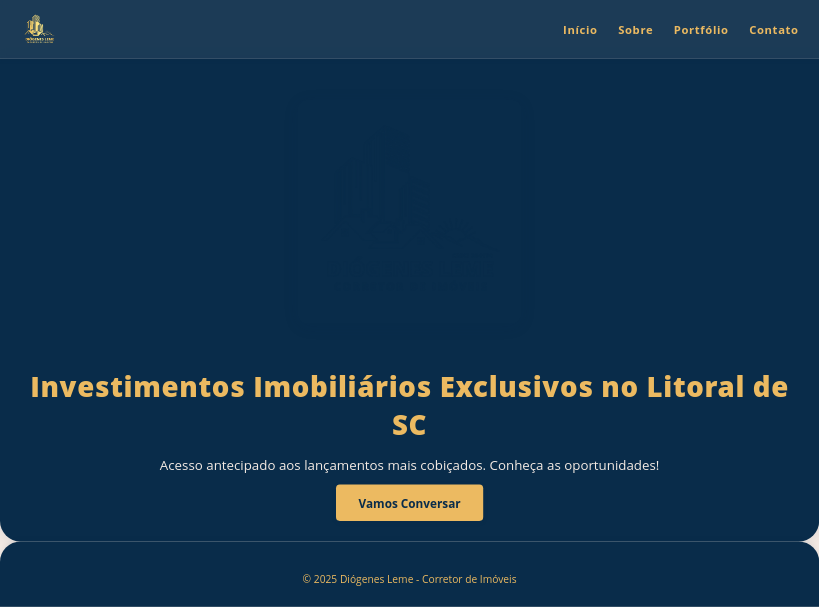
Repository: MichelAlmeida1990/Projeto-Imobiliaria
Page: index.html
These files come from the project's save history. The page is drawn as it stood at one moment and after the next save; the edit follows.
The browser window is 1280 px wide. The pictures show the whole page, at 64% of full size.

Above is the page before, as saved 2025-07-02 14:51:05.

### index.html
<!DOCTYPE html>
<html lang="pt-BR">
<head>
  <meta charset="UTF-8">
  <meta name="viewport" content="width=device-width, initial-scale=1.0">
  <title>Diógenes Leme - Corretor de Imóveis</title>
  <link rel="stylesheet" href="css/palette.css">
  <link rel="stylesheet" href="css/style.css">
</head>
<body>
  <header>
    <img src="assets/logo-dourado.png" alt="Logo Dourado" class="logo">
    <nav>
      <ul>
        <li><a href="index.html">Início</a></li>
        <li><a href="sobre.html">Sobre</a></li>
        <li><a href="portfolio.html">Portfólio</a></li>
        <li><a href="contato.html">Contato</a></li>
      </ul>
    </nav>
  </header>
  <section class="hero">
    <img src="assets/banner-principal.png" alt="Banner Principal" class="banner">
    <div class="hero-content">
      <h1>Investimentos Imobiliários Exclusivos no Litoral de SC</h1>
      <p>Acesso antecipado aos lançamentos mais cobiçados. Conheça as oportunidades!</p>
      <a href="contato.html" class="cta-btn">Vamos Conversar</a>
    </div>
  </section>
  <footer>
    <p>&copy; 2025 Diógenes Leme - Corretor de Imóveis</p>
  </footer>
</body>
</html>

### css/palette.css
:root {
  --azul-escuro: #092C4A;
  --dourado: #ECBA61;
  --bege: #F4EBE4;
  --cinza: #CBC0BA;
  --azul-claro: #65BAB7;
  --vermelho: #A20202;
}

### css/style.css
body {
  margin: 0;
  font-family: 'Open Sans', Arial, sans-serif;
  background: var(--bege);
  color: var(--azul-escuro);
}
header {
  display: flex;
  align-items: center;
  justify-content: space-between;
  background: rgba(9,44,74,0.92);
  backdrop-filter: blur(6px);
  padding: 1rem 2rem;
  position: sticky;
  top: 0;
  z-index: 1000;
  box-shadow: 0 2px 8px rgba(9,44,74,0.08);
  transition: background 0.3s;
}
.logo {
  height: 60px;
  transition: transform 0.2s;
}
.logo:hover {
  transform: scale(1.05) rotate(-2deg);
}
nav ul {
  list-style: none;
  display: flex;
  gap: 2rem;
  margin: 0;
  padding: 0;
}
nav a {
  color: var(--dourado);
  text-decoration: none;
  font-weight: bold;
  font-size: 1.1rem;
  letter-spacing: 1px;
  transition: color 0.2s, border-bottom 0.2s;
  border-bottom: 2px solid transparent;
  padding-bottom: 2px;
}
nav a:hover, nav a.active {
  color: var(--azul-claro);
  border-bottom: 2px solid var(--dourado);
}
.hero, .section {
  display: flex;
  flex-direction: column;
  align-items: center;
  justify-content: center;
  background: var(--azul-escuro);
  color: var(--dourado);
  padding: 4rem 1rem 3rem 1rem;
  text-align: center;
  border-radius: 0 0 32px 32px;
  box-shadow: 0 4px 24px rgba(9,44,74,0.10);
  animation: fadeIn 1.2s;
}
@keyframes fadeIn {
  from { opacity: 0; transform: translateY(40px); }
  to { opacity: 1; transform: none; }
}
.banner {
  max-width: 350px;
  margin-bottom: 2rem;
  border-radius: 16px;
  box-shadow: 0 4px 24px rgba(9,44,74,0.10);
}
.hero-content h1 {
  font-size: 2.7rem;
  margin-bottom: 1rem;
  font-family: 'Open Sans', Arial, sans-serif;
  font-weight: 800;
  letter-spacing: 1px;
}
.hero-content p {
  font-size: 1.3rem;
  margin-bottom: 2rem;
  color: var(--bege);
}
.cta-btn {
  background: var(--dourado);
  color: var(--azul-escuro);
  padding: 1rem 2.2rem;
  border: none;
  border-radius: 6px;
  font-size: 1.15rem;
  font-weight: bold;
  text-decoration: none;
  box-shadow: 0 2px 8px rgba(9,44,74,0.10);
  transition: background 0.2s, color 0.2s, transform 0.2s;
  cursor: pointer;
}
.cta-btn:hover {
  background: var(--azul-claro);
  color: #fff;
  transform: scale(1.05);
}
footer {
  background: var(--azul-escuro);
  color: var(--dourado);
  text-align: center;
  padding: 2rem 0 1rem 0;
  position: relative;
  bottom: 0;
  width: 100%;
  border-radius: 32px 32px 0 0;
  box-shadow: 0 -2px 8px rgba(9,44,74,0.08);
}
.footer-social {
  margin-bottom: 1rem;
}
.footer-social a {
  display: inline-block;
  margin: 0 0.5rem;
  color: var(--dourado);
  font-size: 1.7rem;
  transition: color 0.2s, transform 0.2s;
}
.footer-social a:hover {
  color: var(--azul-claro);
  transform: scale(1.2);
}
.whatsapp-float {
  position: fixed;
  bottom: 24px;
  right: 24px;
  z-index: 2000;
  background: #25d366;
  color: #fff;
  border-radius: 50%;
  width: 60px;
  height: 60px;
  display: flex;
  align-items: center;
  justify-content: center;
  box-shadow: 0 4px 16px rgba(9,44,74,0.18);
  font-size: 2.2rem;
  transition: background 0.2s, transform 0.2s;
  cursor: pointer;
}
.whatsapp-float:hover {
  background: #128c7e;
  transform: scale(1.08);
}
.menu-toggle {
  display: none;
  flex-direction: column;
  cursor: pointer;
  margin-left: 1rem;
}
.menu-toggle span {
  width: 28px;
  height: 4px;
  background: var(--dourado);
  margin: 4px 0;
  border-radius: 2px;
  transition: 0.3s;
}
@media (max-width: 900px) {
  header {
    flex-direction: column;
    gap: 1rem;
    padding: 1rem 0.5rem;
  }
  nav ul {
    gap: 1rem;
  }
}
@media (max-width: 700px) {
  .hero-content h1 {
    font-size: 1.5rem;
  }
  .banner {
    max-width: 90vw;
  }
  .portfolio-grid {
    gap: 1rem;
  }
  .portfolio-item {
    padding: 1rem 0.5rem;
  }
  .contato-info {
    padding: 0.5rem;
  }
  .menu-toggle {
    display: flex;
  }
  nav ul {
    display: none;
    flex-direction: column;
    background: var(--azul-escuro);
    position: absolute;
    top: 70px;
    right: 0;
    width: 100vw;
    box-shadow: 0 4px 24px rgba(9,44,74,0.10);
    z-index: 1001;
  }
  nav ul.open {
    display: flex;
  }
}
.portfolio-grid {
  display: grid;
  grid-template-columns: repeat(auto-fit, minmax(280px, 1fr));
  gap: 2rem;
  margin-top: 2rem;
}
.portfolio-item {
  background: #fff;
  border-radius: 12px;
  box-shadow: 0 4px 24px rgba(9,44,74,0.10);
  padding: 1.5rem 1rem 1.2rem 1rem;
  text-align: center;
  transition: box-shadow 0.2s, transform 0.2s;
  animation: fadeIn 1.2s;
}
.portfolio-item:hover {
  box-shadow: 0 8px 32px rgba(9,44,74,0.18);
  transform: translateY(-6px) scale(1.03);
}
.portfolio-item img {
  max-width: 100%;
  border-radius: 8px;
  margin-bottom: 1rem;
  box-shadow: 0 2px 8px rgba(9,44,74,0.08);
}
.portfolio-item h2 {
  color: var(--azul-escuro);
  margin: 0.5rem 0 0.2rem 0;
  font-size: 1.3rem;
  font-weight: 700;
}
.portfolio-item p {
  color: var(--cinza);
  font-size: 1rem;
  margin: 0;
}
.contato-form {
  display: flex;
  flex-direction: column;
  gap: 1rem;
  margin-bottom: 2rem;
  animation: fadeIn 1.2s;
}
.contato-form label {
  font-weight: bold;
  color: var(--azul-escuro);
}
.contato-form input,
.contato-form textarea {
  padding: 0.7rem;
  border: 1px solid var(--cinza);
  border-radius: 4px;
  font-size: 1rem;
  background: var(--bege);
  color: var(--azul-escuro);
  transition: border 0.2s;
}
.contato-form input:focus,
.contato-form textarea:focus {
  border: 1.5px solid var(--dourado);
  outline: none;
}
.contato-form button {
  background: var(--dourado);
  color: var(--azul-escuro);
  border: none;
  border-radius: 4px;
  padding: 0.8rem 1.5rem;
  font-size: 1.1rem;
  font-weight: bold;
  cursor: pointer;
  transition: background 0.2s, color 0.2s, transform 0.2s;
  box-shadow: 0 2px 8px rgba(9,44,74,0.10);
}
.contato-form button:hover {
  background: var(--azul-claro);
  color: #fff;
  transform: scale(1.04);
}
.contato-info {
  background: var(--bege);
  border-radius: 8px;
  padding: 1rem;
  margin-top: 1rem;
  box-shadow: 0 2px 8px rgba(9,44,74,0.08);
}
.contato-info h2 {
  color: var(--azul-escuro);
  margin-top: 0;
}
.contato-info p {
  margin: 0.3rem 0;
  color: var(--azul-escuro);
}

### js/main.js
// Menu mobile
const menuToggle = document.querySelector('.menu-toggle');
const navUl = document.querySelector('nav ul');
if(menuToggle && navUl) {
  menuToggle.addEventListener('click', () => {
    navUl.classList.toggle('open');
  });
}
// Botão WhatsApp flutuante
function addWhatsAppButton() {
  const btn = document.createElement('a');
  btn.href = 'https://wa.me/554898160085?text=Ol%C3%A1%2C+gostaria+de+falar+sobre+im%C3%B3veis!';
  btn.className = 'whatsapp-float';
  btn.target = '_blank';
  btn.innerHTML = '<svg width="32" height="32" viewBox="0 0 32 32" fill="none" xmlns="http://www.w3.org/2000/svg"><circle cx="16" cy="16" r="16" fill="#25D366"/><path d="M23.5 20.5C22.8333 21.5 21.5 22.5 19.5 22.5C17.5 22.5 15.5 21.5 13.5 19.5C11.5 17.5 10.5 15.5 10.5 13.5C10.5 11.5 11.5 10.1667 12.5 9.5C13.5 8.83333 14.5 8.5 15.5 8.5C16.5 8.5 17.5 8.83333 18.5 9.5C19.5 10.1667 20.5 11.5 20.5 13.5C20.5 15.5 19.5 17.5 17.5 19.5C15.5 21.5 13.5 22.5 11.5 22.5C9.5 22.5 8.16667 21.5 7.5 20.5" stroke="#fff" stroke-width="2" stroke-linecap="round" stroke-linejoin="round"/></svg>';
  document.body.appendChild(btn);
}
addWhatsAppButton();
// Animação de entrada para seções
window.addEventListener('DOMContentLoaded', () => {
  document.querySelectorAll('.section, .portfolio-item, .hero, .contato-form').forEach(el => {
    el.style.opacity = 0;
    setTimeout(() => {
      el.style.transition = 'opacity 1.2s';
      el.style.opacity = 1;
    }, 200);
  });
});
// Validação simples do formulário de contato
const contatoForm = document.querySelector('.contato-form');
if(contatoForm) {
  contatoForm.addEventListener('submit', function(e) {
    const nome = this.nome.value.trim();
    const email = this.email.value.trim();
    const mensagem = this.mensagem.value.trim();
    if(!nome || !email || !mensagem) {
      alert('Por favor, preencha todos os campos.');
      e.preventDefault();
    } else if(!/^[^@\s]+@[^@\s]+\.[^@\s]+$/.test(email)) {
      alert('Digite um e-mail válido.');
      e.preventDefault();
    }
  });
}

After the next save:
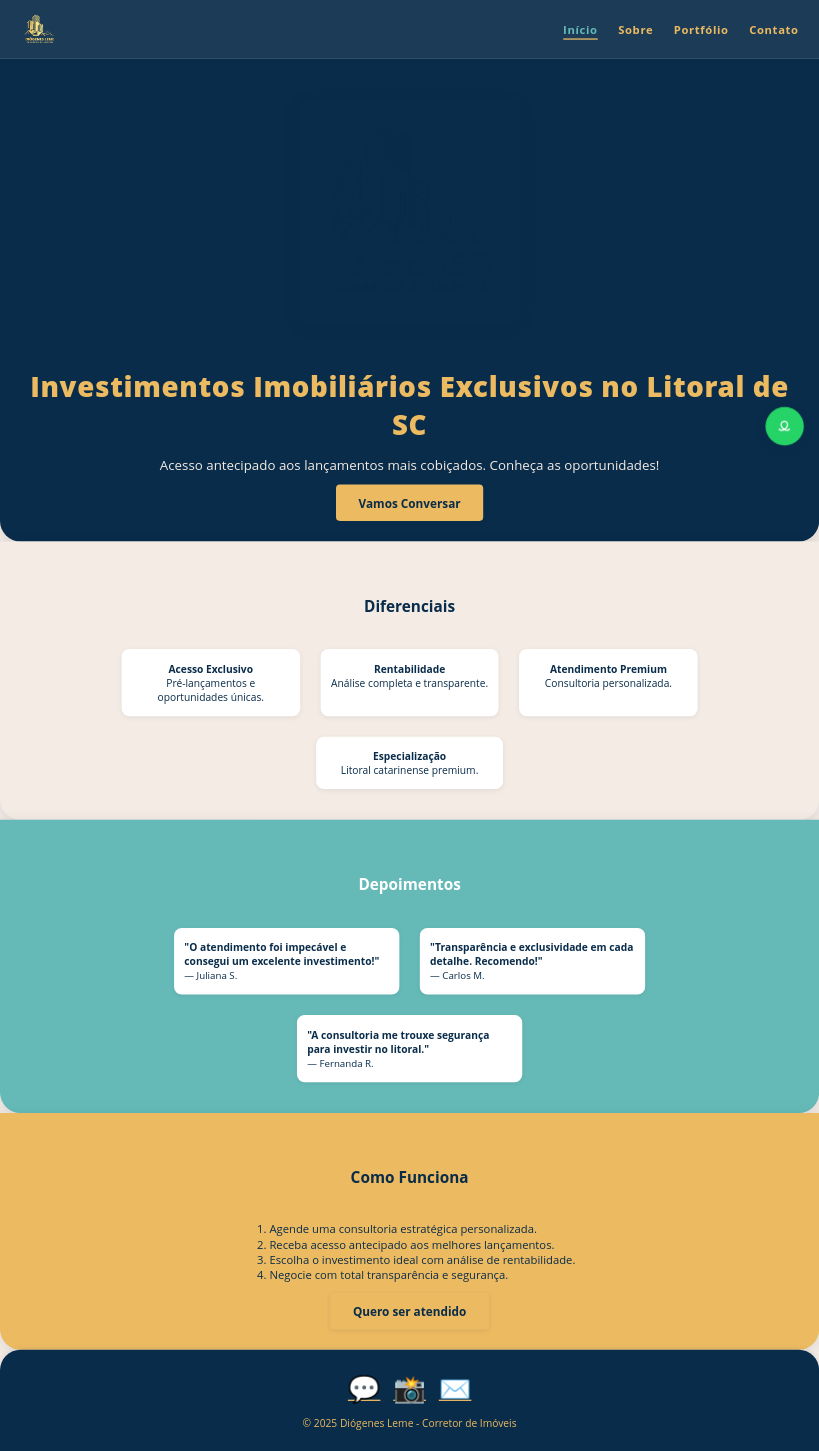
Saved 118 s later.
--- a/index.html
+++ b/index.html
@@ -4,15 +4,20 @@
   <meta charset="UTF-8">
   <meta name="viewport" content="width=device-width, initial-scale=1.0">
   <title>Diógenes Leme - Corretor de Imóveis</title>
+  <meta name="description" content="Investimentos imobiliários exclusivos no litoral de SC. Acesso antecipado aos lançamentos mais cobiçados. Consultoria premium.">
+  <link rel="icon" type="image/png" href="assets/logo-dourado.png">
   <link rel="stylesheet" href="css/palette.css">
   <link rel="stylesheet" href="css/style.css">
 </head>
 <body>
   <header>
     <img src="assets/logo-dourado.png" alt="Logo Dourado" class="logo">
+    <div class="menu-toggle" aria-label="Abrir menu" tabindex="0">
+      <span></span><span></span><span></span>
+    </div>
     <nav>
       <ul>
-        <li><a href="index.html">Início</a></li>
+        <li><a href="index.html" class="active">Início</a></li>
         <li><a href="sobre.html">Sobre</a></li>
         <li><a href="portfolio.html">Portfólio</a></li>
         <li><a href="contato.html">Contato</a></li>
@@ -27,8 +32,57 @@
       <a href="contato.html" class="cta-btn">Vamos Conversar</a>
     </div>
   </section>
+  <section class="section" style="background:var(--bege);color:var(--azul-escuro);">
+    <h2>Diferenciais</h2>
+    <div style="display:flex;flex-wrap:wrap;gap:2rem;justify-content:center;max-width:900px;margin:2rem auto 0 auto;">
+      <div style="flex:1 1 220px;min-width:220px;max-width:260px;background:#fff;border-radius:12px;box-shadow:0 2px 8px rgba(9,44,74,0.08);padding:1.2rem 1rem;text-align:center;">
+        <b>Acesso Exclusivo</b><br>Pré-lançamentos e oportunidades únicas.
+      </div>
+      <div style="flex:1 1 220px;min-width:220px;max-width:260px;background:#fff;border-radius:12px;box-shadow:0 2px 8px rgba(9,44,74,0.08);padding:1.2rem 1rem;text-align:center;">
+        <b>Rentabilidade</b><br>Análise completa e transparente.
+      </div>
+      <div style="flex:1 1 220px;min-width:220px;max-width:260px;background:#fff;border-radius:12px;box-shadow:0 2px 8px rgba(9,44,74,0.08);padding:1.2rem 1rem;text-align:center;">
+        <b>Atendimento Premium</b><br>Consultoria personalizada.
+      </div>
+      <div style="flex:1 1 220px;min-width:220px;max-width:260px;background:#fff;border-radius:12px;box-shadow:0 2px 8px rgba(9,44,74,0.08);padding:1.2rem 1rem;text-align:center;">
+        <b>Especialização</b><br>Litoral catarinense premium.
+      </div>
+    </div>
+  </section>
+  <section class="section" style="background:var(--azul-claro);color:#fff;">
+    <h2>Depoimentos</h2>
+    <div style="display:flex;flex-wrap:wrap;gap:2rem;justify-content:center;max-width:900px;margin:2rem auto 0 auto;">
+      <div style="flex:1 1 260px;min-width:220px;max-width:320px;background:#fff;color:var(--azul-escuro);border-radius:12px;box-shadow:0 2px 8px rgba(9,44,74,0.08);padding:1.2rem 1rem;text-align:left;">
+        <b>"O atendimento foi impecável e consegui um excelente investimento!"</b><br><span style="font-size:0.95em;">— Juliana S.</span>
+      </div>
+      <div style="flex:1 1 260px;min-width:220px;max-width:320px;background:#fff;color:var(--azul-escuro);border-radius:12px;box-shadow:0 2px 8px rgba(9,44,74,0.08);padding:1.2rem 1rem;text-align:left;">
+        <b>"Transparência e exclusividade em cada detalhe. Recomendo!"</b><br><span style="font-size:0.95em;">— Carlos M.</span>
+      </div>
+      <div style="flex:1 1 260px;min-width:220px;max-width:320px;background:#fff;color:var(--azul-escuro);border-radius:12px;box-shadow:0 2px 8px rgba(9,44,74,0.08);padding:1.2rem 1rem;text-align:left;">
+        <b>"A consultoria me trouxe segurança para investir no litoral."</b><br><span style="font-size:0.95em;">— Fernanda R.</span>
+      </div>
+    </div>
+  </section>
+  <section class="section" style="background:var(--dourado);color:var(--azul-escuro);">
+    <h2>Como Funciona</h2>
+    <ol style="max-width:700px;margin:2rem auto 0 auto;text-align:left;font-size:1.1em;">
+      <li>Agende uma consultoria estratégica personalizada.</li>
+      <li>Receba acesso antecipado aos melhores lançamentos.</li>
+      <li>Escolha o investimento ideal com análise de rentabilidade.</li>
+      <li>Negocie com total transparência e segurança.</li>
+    </ol>
+    <div style="margin-top:2rem;text-align:center;">
+      <a href="contato.html" class="cta-btn">Quero ser atendido</a>
+    </div>
+  </section>
   <footer>
+    <div class="footer-social">
+      <a href="https://wa.me/554898160085" target="_blank" aria-label="WhatsApp"><span style="font-size:1.5em;">💬</span></a>
+      <a href="https://instagram.com/diogenesimoveis" target="_blank" aria-label="Instagram"><span style="font-size:1.5em;">📸</span></a>
+      <a href="mailto:resendeimoveis@gmail.com" aria-label="E-mail"><span style="font-size:1.5em;">✉️</span></a>
+    </div>
     <p>&copy; 2025 Diógenes Leme - Corretor de Imóveis</p>
   </footer>
+  <script src="js/main.js"></script>
 </body>
 </html>
